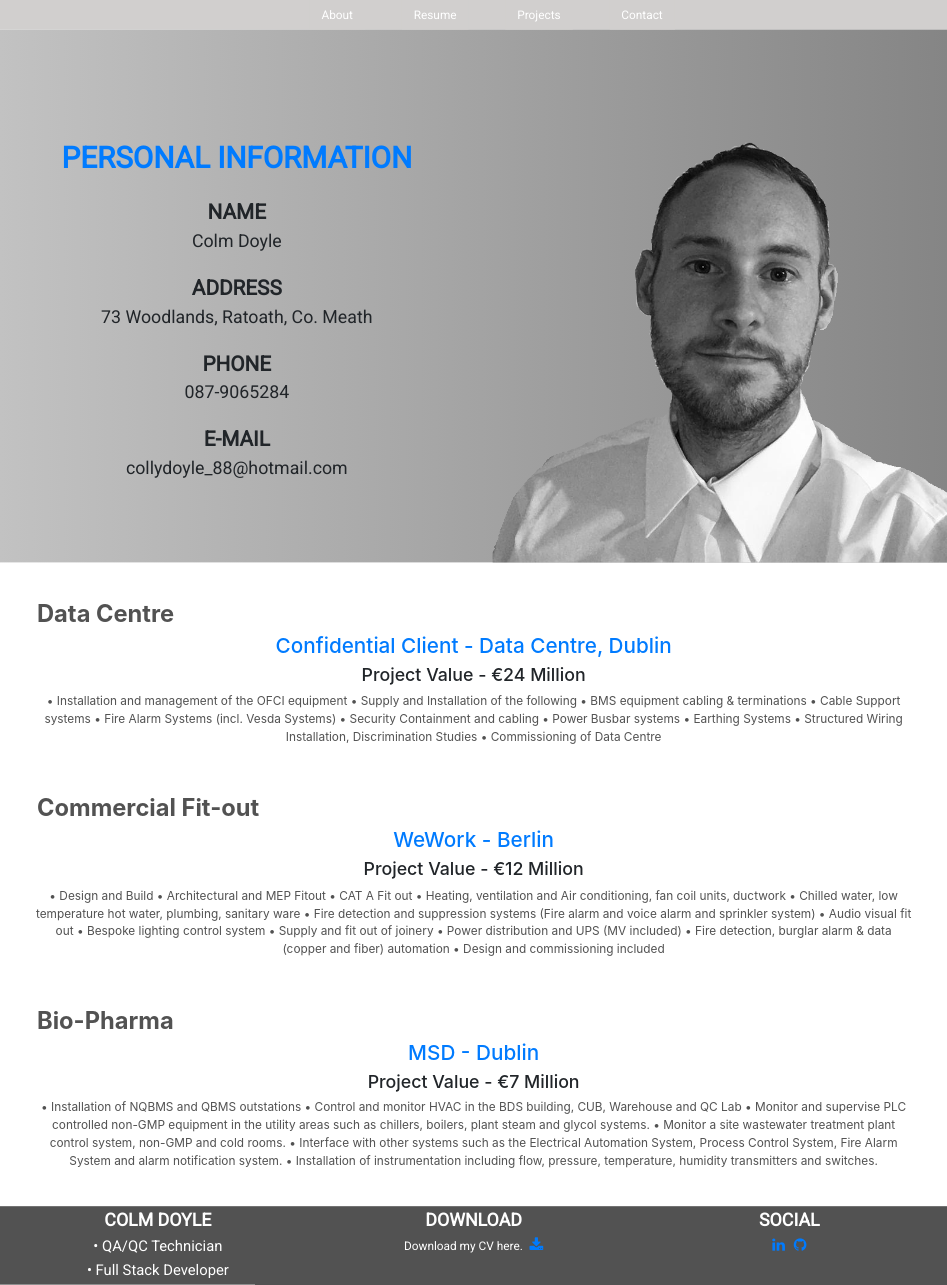
Repository: Code-Institute-Submissions/collyd21-milestone1
Page: projects.html
The author's editor kept a record of every edit. The page is drawn from the files as they stood at one moment, then again after the next edit.
The browser window is 1280 px wide. The pictures show the whole page, at 74% of full size.
Some web libraries are served in a nearby version.

Above is the page before.

After the next edit:
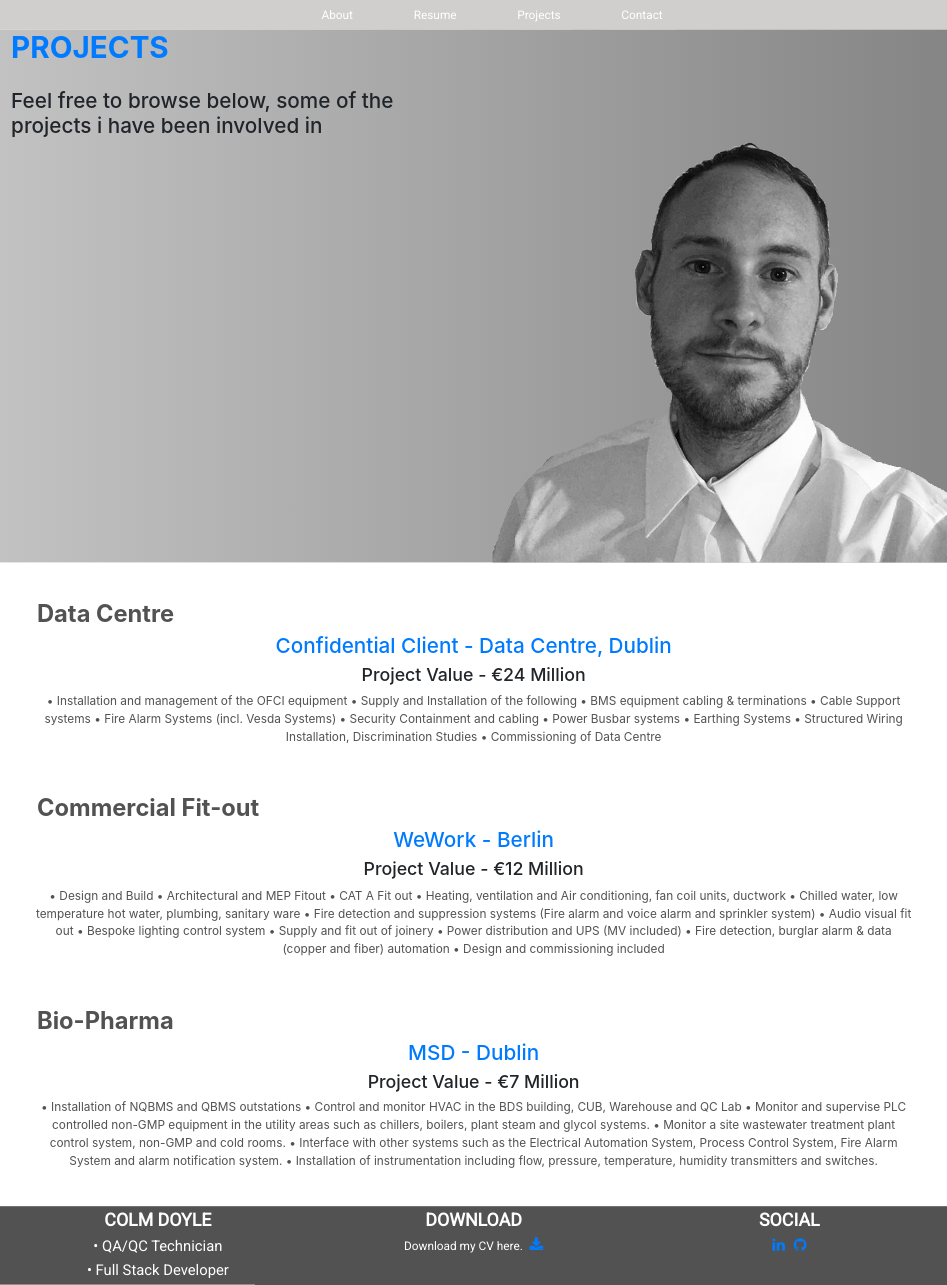
The edit:
--- a/projects.html
+++ b/projects.html
@@ -35,24 +35,11 @@
     <header class="jumbotron-fluid" id="main-view">
         <div class="container-fluid no-gutters">
             <div class="row">
-                <div class="col-6 heading" id="resume">
-                    <h1 class="uppercase-jumbo">Personal Information</h1>
+                <div class="col-6 heading" id="jumbo">
+                    <h1 class="uppercase-jumbo">Projects</h1>
                     <br>
-                    <h3 class="uppercase">Name</h3>
-                    <h4>Colm Doyle</h4>
-                    <br>
-                    <h3 class="uppercase">Address</h3>
-                    <h4>73 Woodlands, Ratoath, Co. Meath</h4>
-                    <br>
-                    <h3 class="uppercase">Phone</h3>
-                    <h4>087-9065284</h4>
-                    <br>
-                    <h3 class="uppercase">E-mail</h3>
-                    <h4>collydoyle_88@hotmail.com</h4>
-                    <br>
+                    <h3>Feel free to browse below, some of the projects i have been involved in</h3>
                 </div>
-            </div>
-        </div>
     </header>
 
     <!------------------------------------------Projects-------------------------------------->
